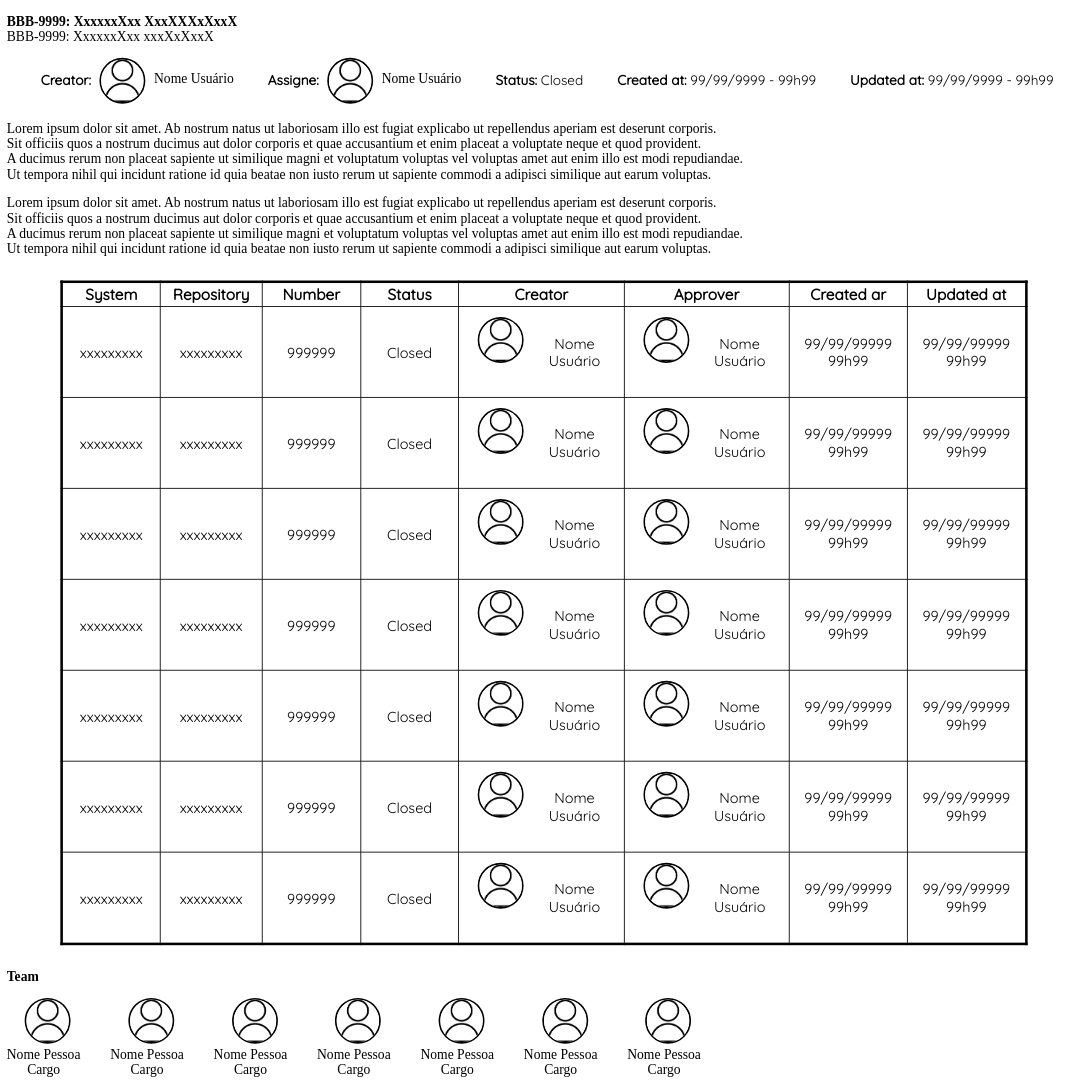
Repository: AnaBerlanda/PaginaFer
Page: index.html
These files come from the project's save history. The page is drawn as it stood at one moment and after the next save; the edit follows.
The browser window is 1280 px wide. The pictures show the whole page, at 85% of full size.
Some web fonts or font styles are not loaded; a fallback is used.

Above is the page before, as saved 2022-05-24 14:34:50.

After the next save:
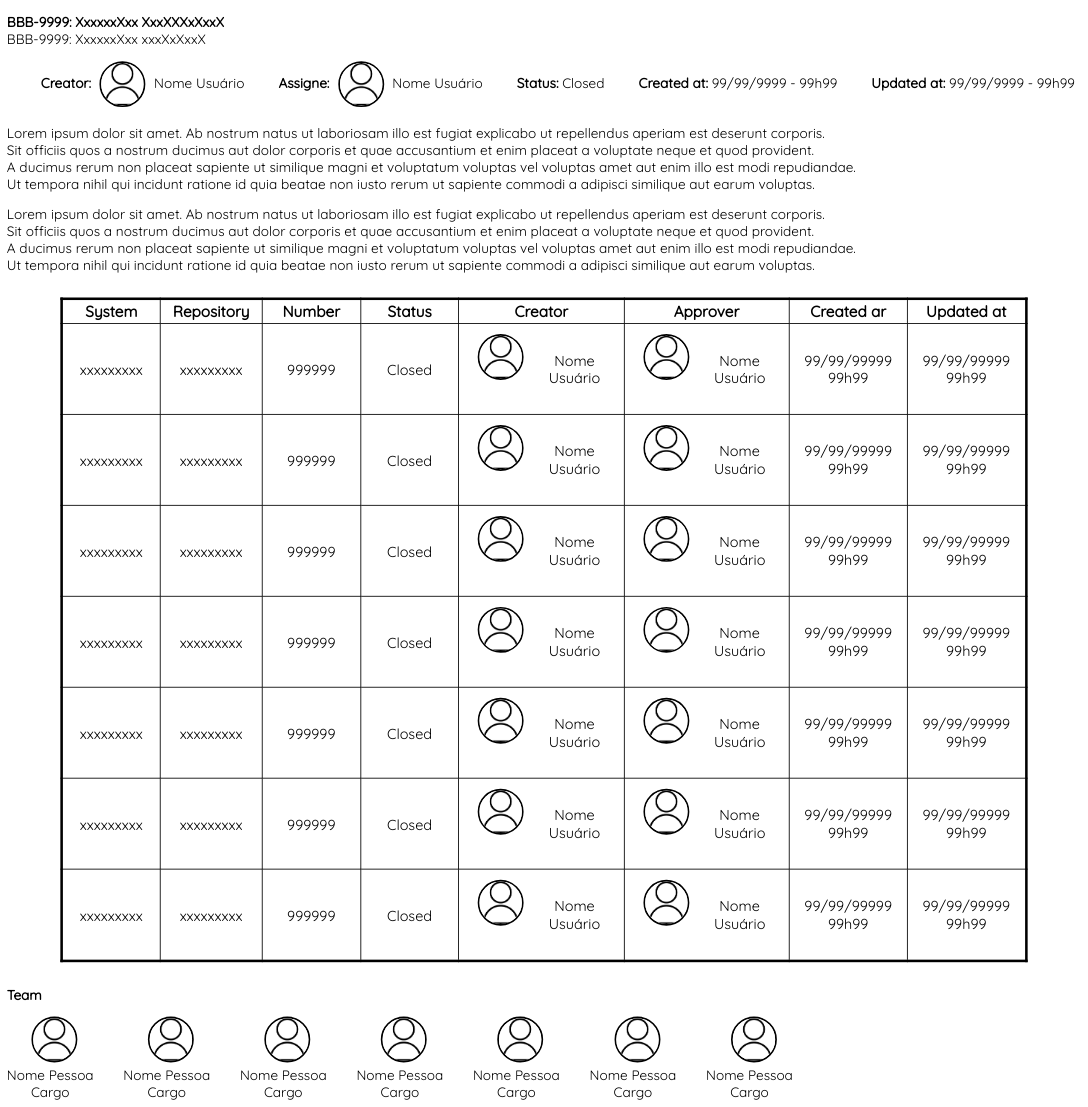
Saved 18 s later.
--- a/index.css
+++ b/index.css
@@ -3,6 +3,9 @@
 .container{
     display: flex;
 
+}
+p{
+    font-family: 'Quicksand', sans-serif
 }
 .imagem img{
     width: 50px;
